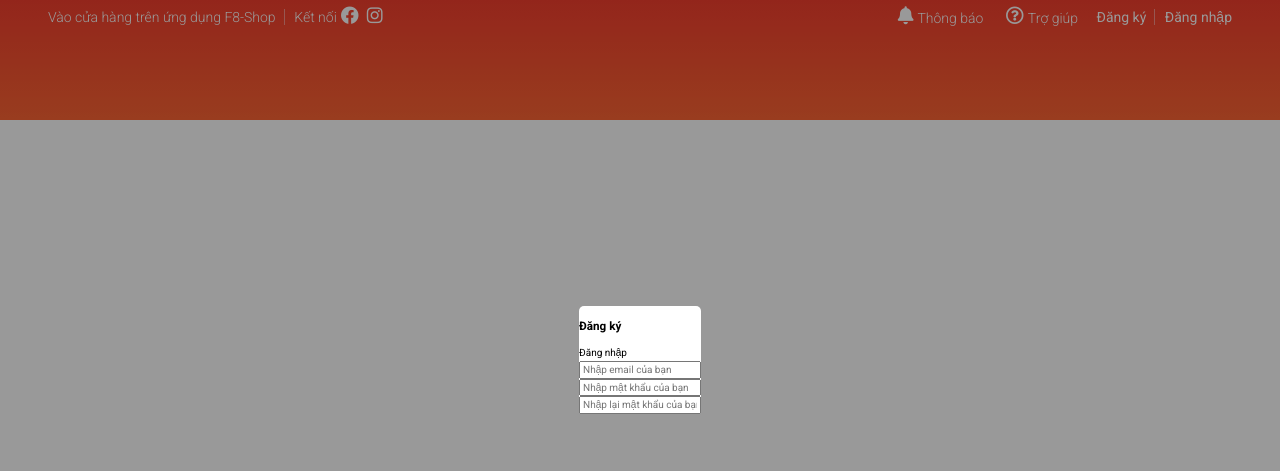
Repository: huynhnhan112/Shopee_Homepage
Page: index.html
An editor plug-in stored every save of this project. The page is shown before and after the next save, followed by the edit.
The browser window is 1280 px wide. The pictures show the whole page.

Above is the page before, as saved 2021-11-19 13:53:42.

After the next save:
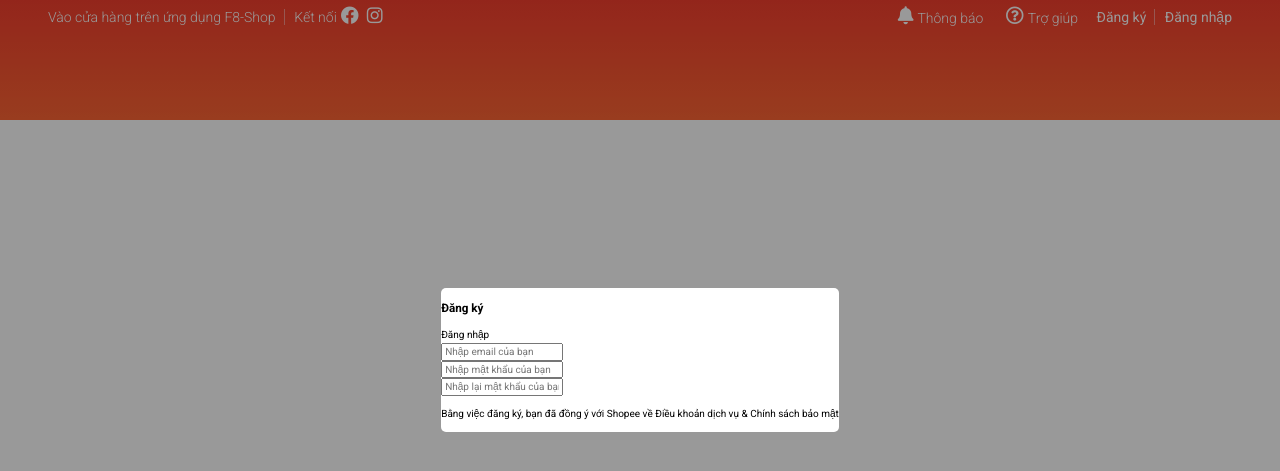
Saved 2 min 31 s later.
--- a/index.html
+++ b/index.html
@@ -136,6 +136,9 @@
                             <input type="text" class="auth-form__input" placeholder="Nhập lại mật khẩu của bạn">
                         </div>
                     </div>
+                    <div class="auth-form__aside">
+                        <p>Bằng việc đăng ký, bạn đã đồng ý với Shopee về <a>Điều khoản dịch vụ</a> & <a>Chính sách bảo mật</a></p>
+                    </div>
                 </div>
             </div>
         </div>
